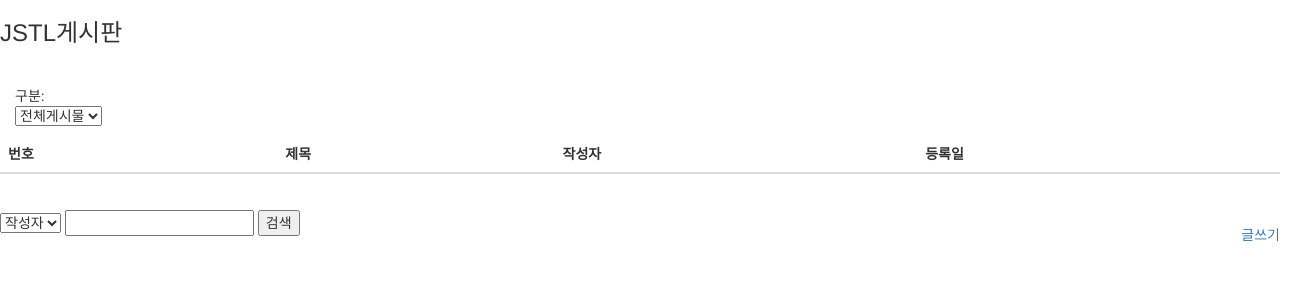
Repository: le-espiritu/Mul-cam_lecture
Page: http://localhost/erp/WEB-INF/emp/emplist.jsp
The author's editor kept a copy of each file at every save. The page is drawn from the files as they stood at one save, then again after the next save.
The browser window is 1280 px wide. The page is 1295 px wide, so the pictures cover 1295 px, including what lies to the right of the window. The pictures show the whole page.
The page is served by Tomcat 9. Nobody is signed in. The template is opened directly, without the code that normally fills it, so the values that code supplies are empty.

Above is the page before, as saved 2021-10-08 06:49:33.

After the next save:
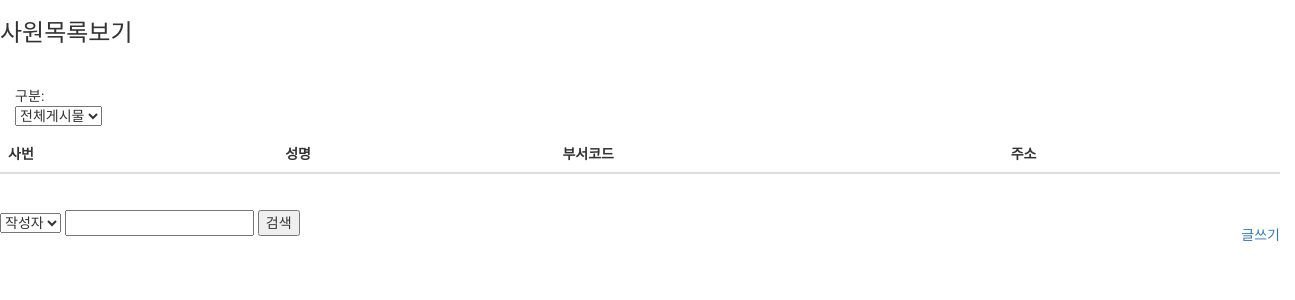
Saved 43 min 32 s later.
--- a/springwork/erp/src/main/webapp/WEB-INF/emp/emplist.jsp
+++ b/springwork/erp/src/main/webapp/WEB-INF/emp/emplist.jsp
@@ -16,7 +16,7 @@
 </script>
 </head>
 <body>
-	<h3>JSTL게시판</h3>
+	<h3>사원목록보기</h3>
 	<div style="padding-top: 30px">
 		<div class="col-md-3" style="padding-bottom: 10px">
 		    구분:
@@ -32,10 +32,10 @@
 		<table class="table">
 			<thead>
 				<tr>
-					<th>번호</th>
-					<th>제목</th>
-					<th>작성자</th>
-					<th>등록일</th>
+					<th>사번</th>
+					<th>성명</th>
+					<th>부서코드</th>
+					<th>주소</th>
 				</tr>
 			</thead>
 			<tbody>
